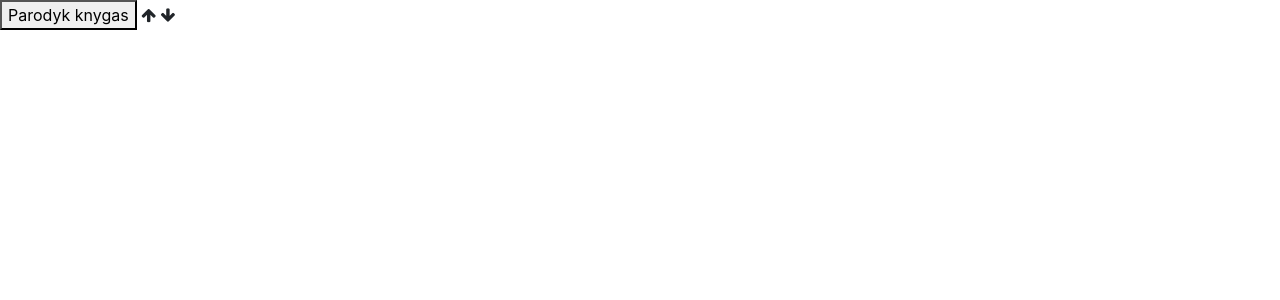
Repository: motiejus1/17-paskaita-PHP-05.31
Page: http://localhost/testavimas/ajax_uzklausa_jquery.php
The author's editor kept a copy of each file at every save. The page is drawn from the files as they stood at one save, then again after the next save.
The browser window is 1280 px wide. The pictures show the whole page.
Some web libraries are served in a nearby version. The page is run by PHP 8.4 with error messages shown; the project is at /var/www/html/.

Above is the page before, as saved 2021-09-16 20:37:52.

After the next save:
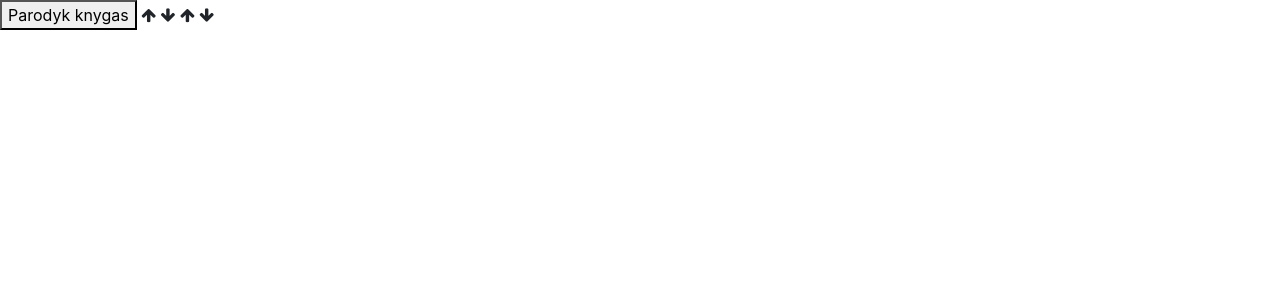
Saved 26 s later.
--- a/testavimas/ajax_uzklausa_jquery.php
+++ b/testavimas/ajax_uzklausa_jquery.php
@@ -20,7 +20,8 @@
     <i class="fa fa-arrow-up desc" id="desc-knygos-ID"></i>
     <i class="fa fa-arrow-down asc" id="asc-knygos-ID "></i>
 
-
+    <i class="fa fa-arrow-up desc" id="desc-knygos-ID"></i>
+    <i class="fa fa-arrow-down asc" id="asc-knygos-ID "></i>
 
 
 
